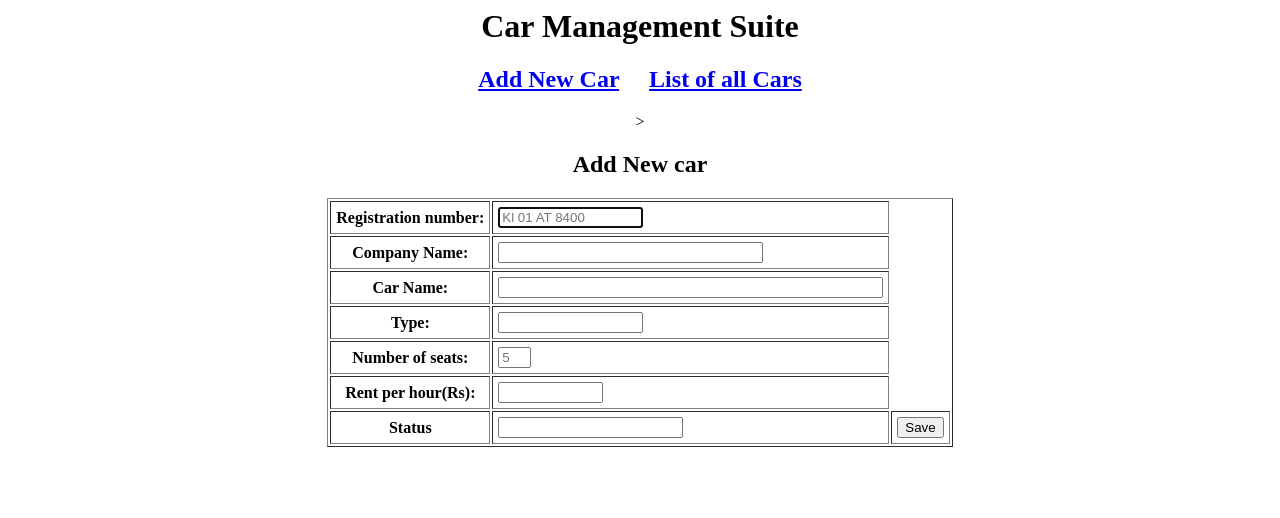
Repository: aforaswin/car-rental
Page: http://localhost/Car_Rental/edit
These files come from the project's save history. The page is drawn as it stood at one moment and after the next save; the edit follows.
The browser window is 1280 px wide. The pictures show the whole page.
The page is served by Tomcat 9. Queries for data that is not in the repository find no rows.

Above is the page before, as saved 2017-09-19 06:35:11.

After the next save:
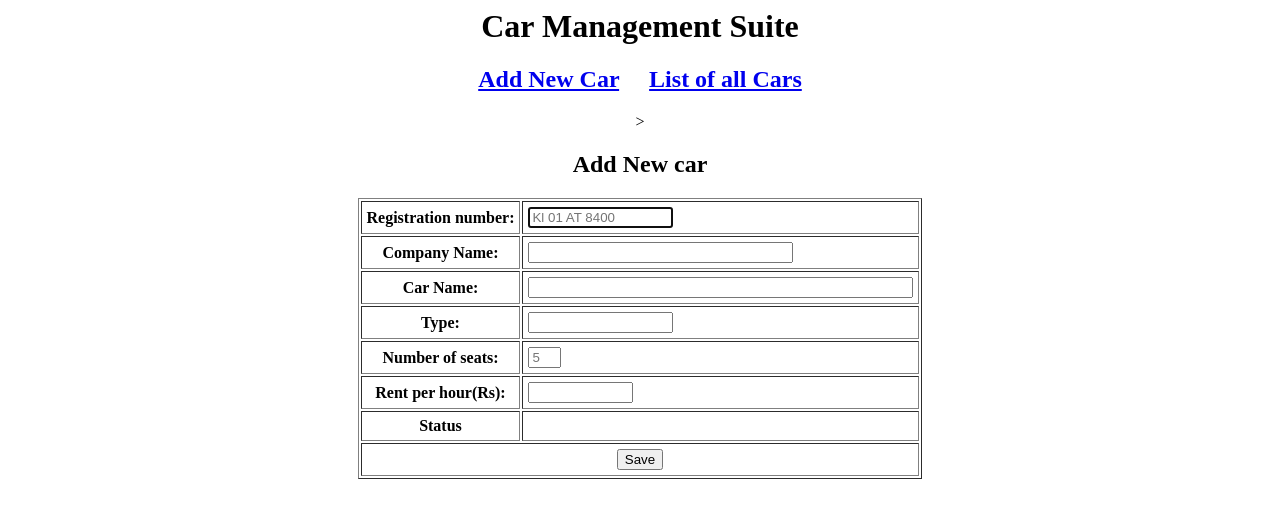
Saved 63 s later.
--- a/Car Rental/WebContent/CarForm.jsp
+++ b/Car Rental/WebContent/CarForm.jsp
@@ -87,8 +87,9 @@
             <tr>
             <th>Status</th>
             <td>
-            <input type="text" name="status" size="20"
-                            value="<c:out value='${car.status}' />"
+
+                            </td>
+                            </tr>
             <tr>
                 <td colspan="2" align="center">
                     <input type="submit" value="Save" />
